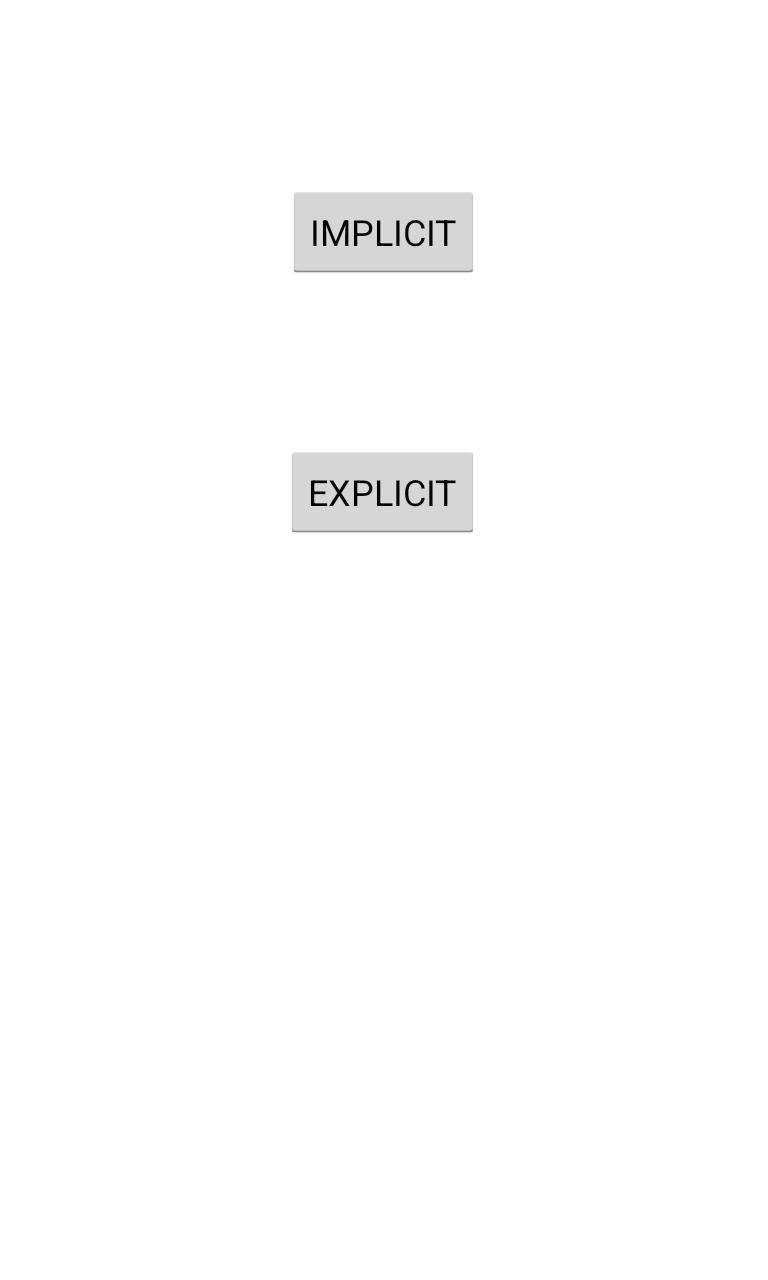
Repository: 12030121030/eventhandling
Layout: Intent/res/layout/activity_main.xml
An editor plug-in stored every save of this project. The layout is shown before and after the next save, followed by the edit.
It is drawn on a 768 x 1280 px phone screen (xhdpi) without system bars, with theme AppTheme; the app's code is not run.

Above is the layout before, as saved 2015-01-30 03:31:09.

### Intent/res/layout/activity_main.xml
<RelativeLayout xmlns:android="http://schemas.android.com/apk/res/android"
    xmlns:tools="http://schemas.android.com/tools"
    android:layout_width="match_parent"
    android:layout_height="match_parent"
    android:paddingBottom="@dimen/activity_vertical_margin"
    android:paddingLeft="@dimen/activity_horizontal_margin"
    android:paddingRight="@dimen/activity_horizontal_margin"
    android:paddingTop="@dimen/activity_vertical_margin"
    tools:context=".MainActivity" >

    <Button
        android:id="@+id/button1"
        android:layout_width="wrap_content"
        android:layout_height="wrap_content"
        android:layout_centerHorizontal="true"
        android:layout_marginTop="76dp"
        android:text="IMPLICIT" />

    <Button
        android:id="@+id/button2"
        android:layout_width="wrap_content"
        android:layout_height="wrap_content"
        android:layout_alignRight="@+id/button1"
        android:layout_below="@+id/button1"
        android:layout_marginTop="82dp"
        android:text="EXPLICIT" />

</RelativeLayout>

Loaded but not shown: Intent/res/values/styles.xml (common file); Intent/res/values-v11/styles.xml (common file); Intent/res/values-v14/styles.xml (common file); Intent/res/values/dimens.xml (common file)

After the next save:
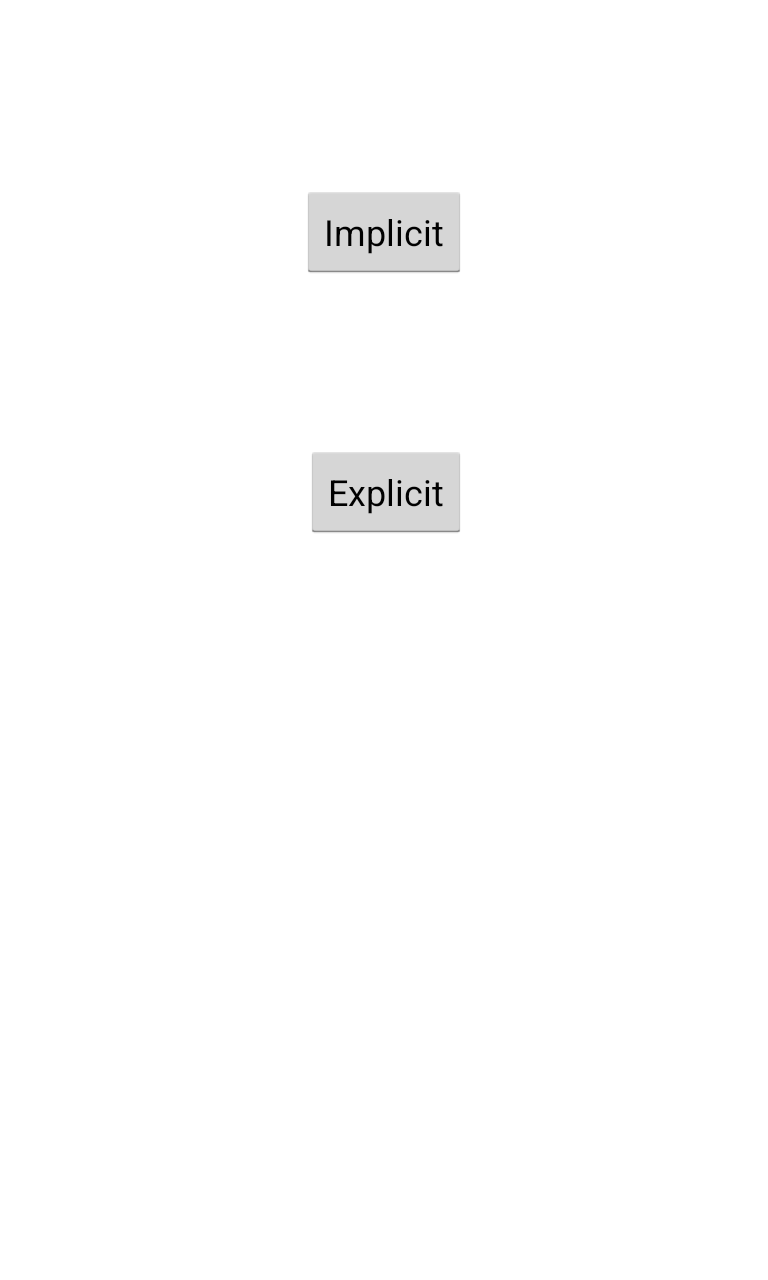
Saved 22 s later.
--- a/Intent/res/layout/activity_main.xml
+++ b/Intent/res/layout/activity_main.xml
@@ -14,7 +14,7 @@
         android:layout_height="wrap_content"
         android:layout_centerHorizontal="true"
         android:layout_marginTop="76dp"
-        android:text="IMPLICIT" />
+        android:text="Implicit" />
 
     <Button
         android:id="@+id/button2"
@@ -23,6 +23,6 @@
         android:layout_alignRight="@+id/button1"
         android:layout_below="@+id/button1"
         android:layout_marginTop="82dp"
-        android:text="EXPLICIT" />
+        android:text="Explicit" />
 
 </RelativeLayout>
